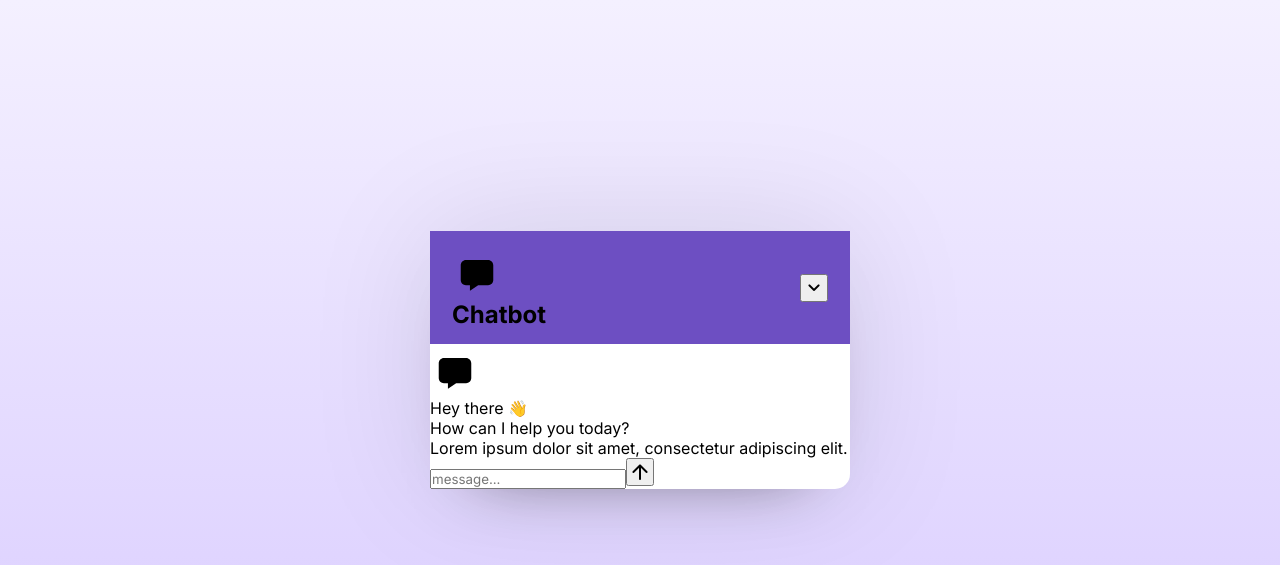
Repository: gogg23/chatbot
Page: / (app in chatbot/)
An editor plug-in stored every save of this project. The page is shown before and after the next save, followed by the edit.
The browser window is 1280 px wide. The pictures show the whole page.
The project was rebuilt for these pictures with package versions that can differ from the ones it lists, and the page was loaded fresh each time. Also part of the build but not shown: chatbot/vite.config.js.

Above is the page before, as saved 2025-01-11 13:36:04.

### chatbot/index.html
<!DOCTYPE html>
<html lang="en">
  <head>
    <meta charset="UTF-8" />
    <link rel="icon" type="image/svg+xml" href="/vite.svg" />
    <meta name="viewport" content="width=device-width, initial-scale=1.0" />
    <title>Chatbot in ReactJS</title>
    <!--Linking google Fonts for Icons-->
    <link
      href="https://fonts.googleapis.com/css2?family=Material+Symbols+Rounded"
      rel="stylesheet"
    />
  </head>
  <body>
    <div id="root"></div>
    <script type="module" src="/src/main.jsx"></script>
  </body>
</html>

### chatbot/src/index.css
/*Importing Google Fonts - Inter*/
@import url('https://fonts.googleapis.com/css2?family=Inter:ital,opsz,wght@0,14..32,100..900;1,14..32,100..900&display=swap');

* {
  margin: 0;
  padding: 0;
  box-sizing: border-box;
  font-family: 'Inter', sans-serif;
}

body {
  width: 100%;
  display: flex;
  align-items: center;
  justify-content: center;
  min-height: 100vh;
  background: linear-gradient(#f4f0ff, #dacdff);
}

.chatbot-popup {
  width: 420px;
  background: #fff;
  border-radius: 15px;
  box-shadow: 0 0 128px 0 rgba(0, 0, 0, 0.1),
    0 32px 64px -48px rgba(0, 0, 0, 0.5);
}

.chatbot-popup .chat-header {
  display: flex;
  padding: 15px 22px;
  align-items: center;
  justify-content: space-between;
  background: #6d4fc2;
}

### chatbot/src/App.jsx
import ChatbotIcon from './components/ChatbotIcon';

const App = () => {
  return (
    <div className='container'>
      <div className='chatbot-popup'>
        {/*Chatbot Header*/}
        <div className='chat-header'>
          <div className='header-info'>
            <ChatbotIcon />
            <h2 className='logo-text'>Chatbot</h2>
          </div>
          <button className='material-symbols-rounded'>
            keyboard_arrow_down
          </button>
        </div>
        {/*Chatbot Body*/}
        <div className='chat-body'>
          <div className='message bot-message'>
            <ChatbotIcon />
            <p className='message-text'>
              Hey there 👋
              <br />
              How can I help you today?
            </p>
          </div>
          <div className='message user-message'>
            <p className='message-text'>
              Lorem ipsum dolor sit amet, consectetur adipiscing elit.
            </p>
          </div>
        </div>
        {/*Chatbot Footer*/}
        <div className='chat-footer'>
          <form action='#' className='chat-form'></form>
          <input
            type='text'
            placeholder='message...'
            className='message-input'
            required
          />
          <button className='material-symbols-rounded'>arrow_upward</button>
        </div>
      </div>
    </div>
  );
};

export default App;

### chatbot/src/components/ChatbotIcon.jsx
const ChatbotIcon = () => {
  return (
    <svg
      xmlns='http://www.w3.org/2000/svg'
      width='50'
      height='50'
      viewBox='0 0 1024 1024'
    >
      <path
        d='M738.3 287.6H285.7c-59 0-106.8
      47.8-106.8 106.8v303.1c0 59 47.8 106.8 106.8 106.8h81.5v111.1c0
      .7.8 1.1 1.4.7l166.9-110.6 41.8-.8h117.4l43.6-.4c59
      0 106.8-47.8 106.8-106.8V394.5c0-59-47.8-106.9-106.8-106.9zM351
      .7 448.2c0-29.5 23.9-53.5 53.5-53.5s53.5 23.9 53.5 53.5-23.9
      53.5-53.5 53.5-53.5-23.9-53.5-53.5zm157.9 267.1c-67.8 0-123.8-47
      .5-132.3-109h264.6c-8.6 61.5-64.5 109-132.3 109zm110-213.7c-29.5
      0-53.5-23.9-53.5-53.5s23.9-53.5 53.5-53.5 53.5 23.9 53.5 53.5-23.9
      53.5-53.5 53.5zM867.2 644.5V453.1h26.5c19.4 0 35.1 15.7 35.1 35.1v121.1c0
      19.4-15.7 35.1-35.1 35.1h-26.5zM95.2 609.4V488.2c0-19.4 15.7-35.1
      35.1-35.1h26.5v191.3h-26.5c-19.4 0-35.1-15.7-35.1-35.1zM561.5 149.6c0 23.4-15.6
      43.3-36.9 49.7v44.9h-30v-44.9c-21.4-6.5-36.9-26.3-36.9-49.7 0-28.6 23.3-51.9 51.9-51.9s51.9
      23.3 51.9 51.9z'
      />
    </svg>
  );
};

export default ChatbotIcon;

Loaded but not shown: chatbot/src/main.jsx (common file); chatbot/src/App.css (common file)

After the next save:
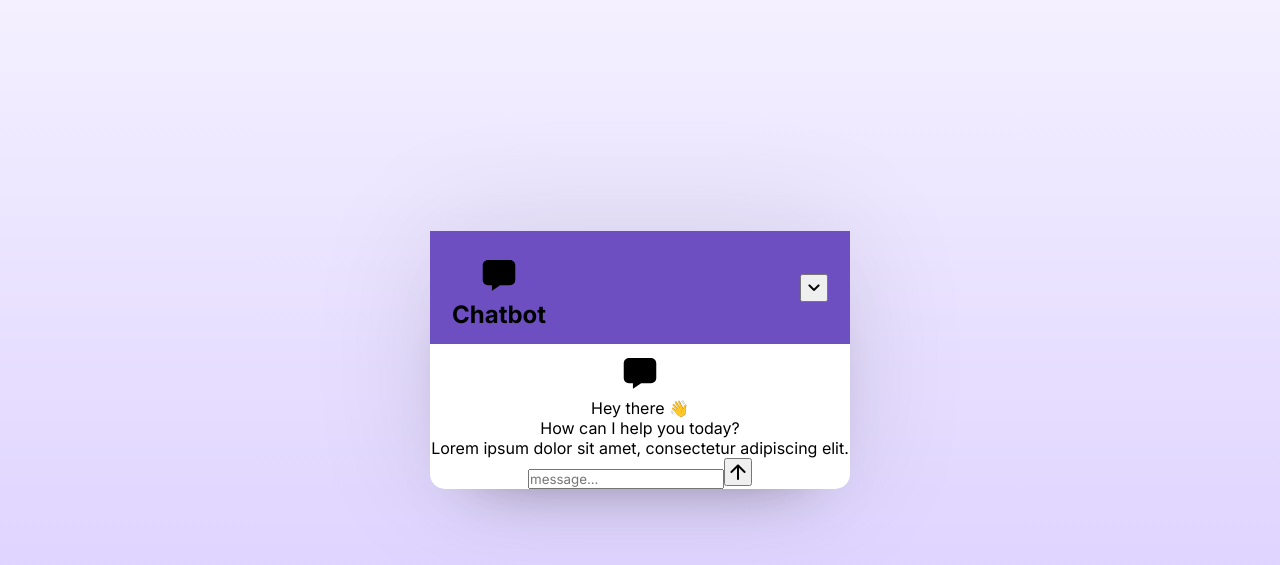
Saved 8 min 53 s later.
--- a/chatbot/src/App.jsx
+++ b/chatbot/src/App.jsx
@@ -1,4 +1,5 @@
 import ChatbotIcon from './components/ChatbotIcon';
+import './App.css'; // Or the correct path to your CSS file
 
 const App = () => {
   return (

After the save that followed:
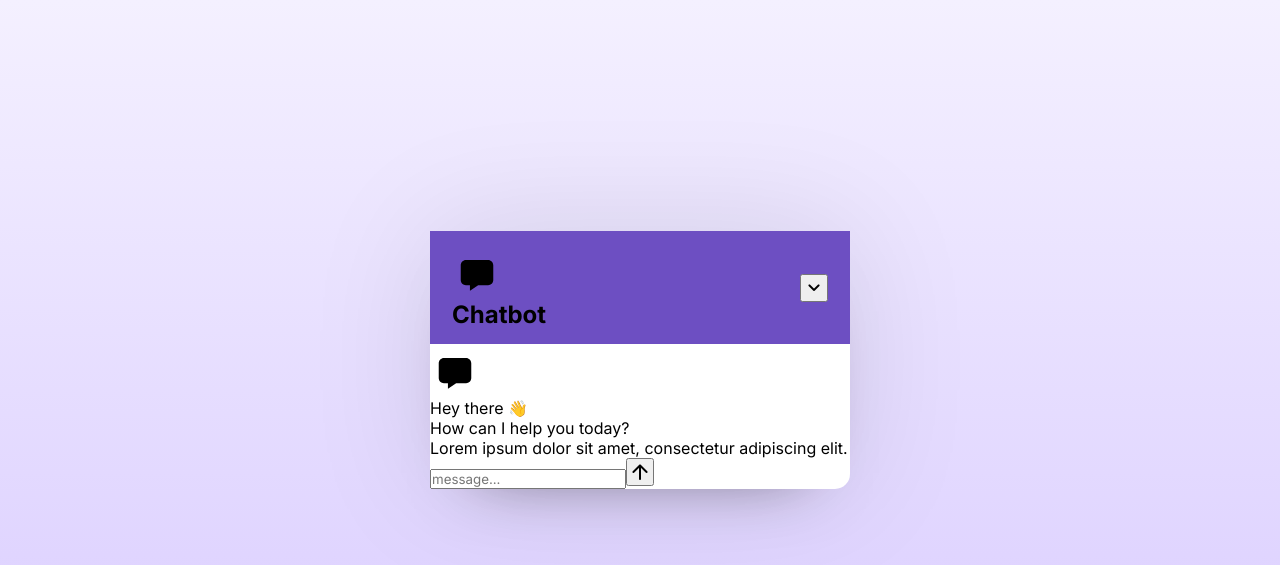
Saved 27 s later.
--- a/chatbot/src/App.jsx
+++ b/chatbot/src/App.jsx
@@ -1,5 +1,4 @@
 import ChatbotIcon from './components/ChatbotIcon';
-import './App.css'; // Or the correct path to your CSS file
 
 const App = () => {
   return (
